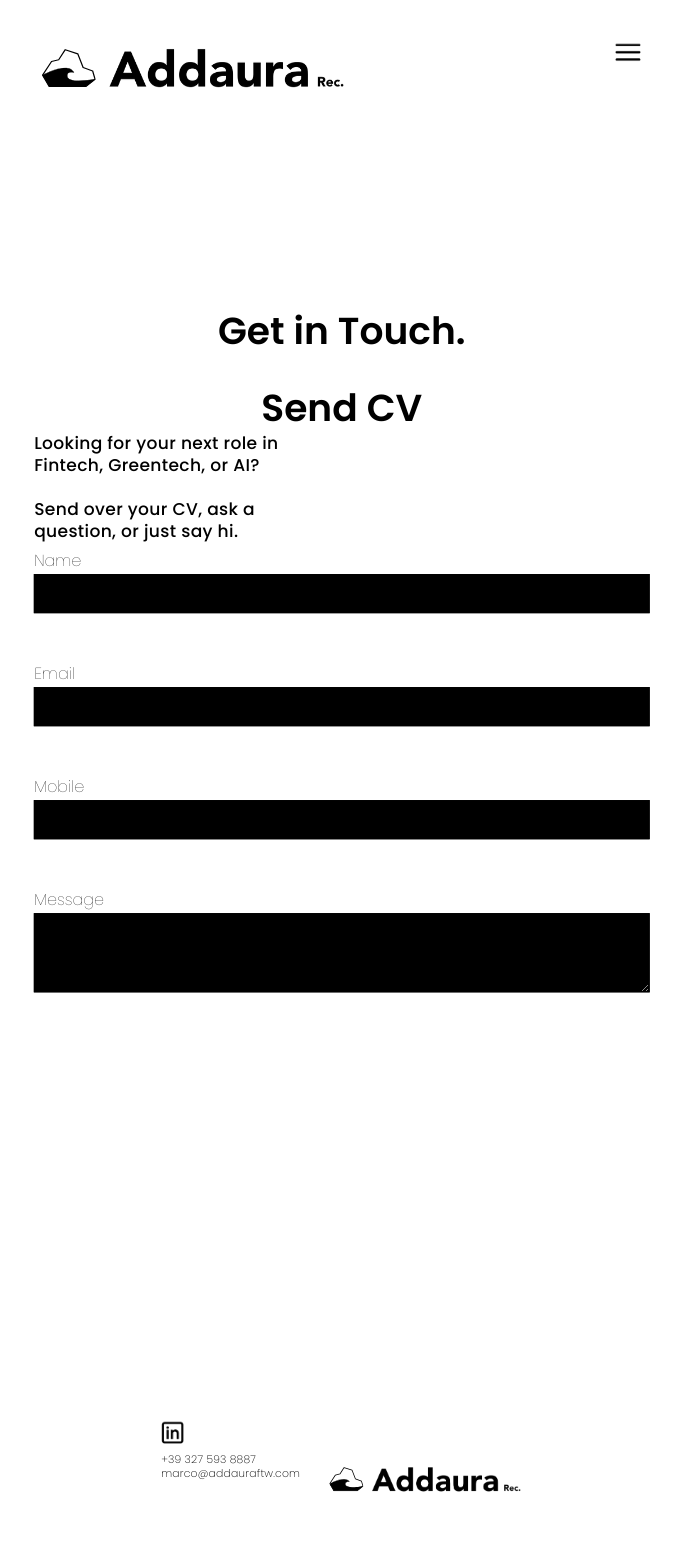
Repository: UnatPannu/Addaura-Trial
Page: public/send-cv.html
The author's editor kept a copy of each file at every save. The page is drawn from the files as they stood at one save, then again after the next save.
The browser window is 768 px wide. The pictures show the whole page, at 89% of full size.

Above is the page before, as saved 2025-09-16 01:15:35.

After the next save:
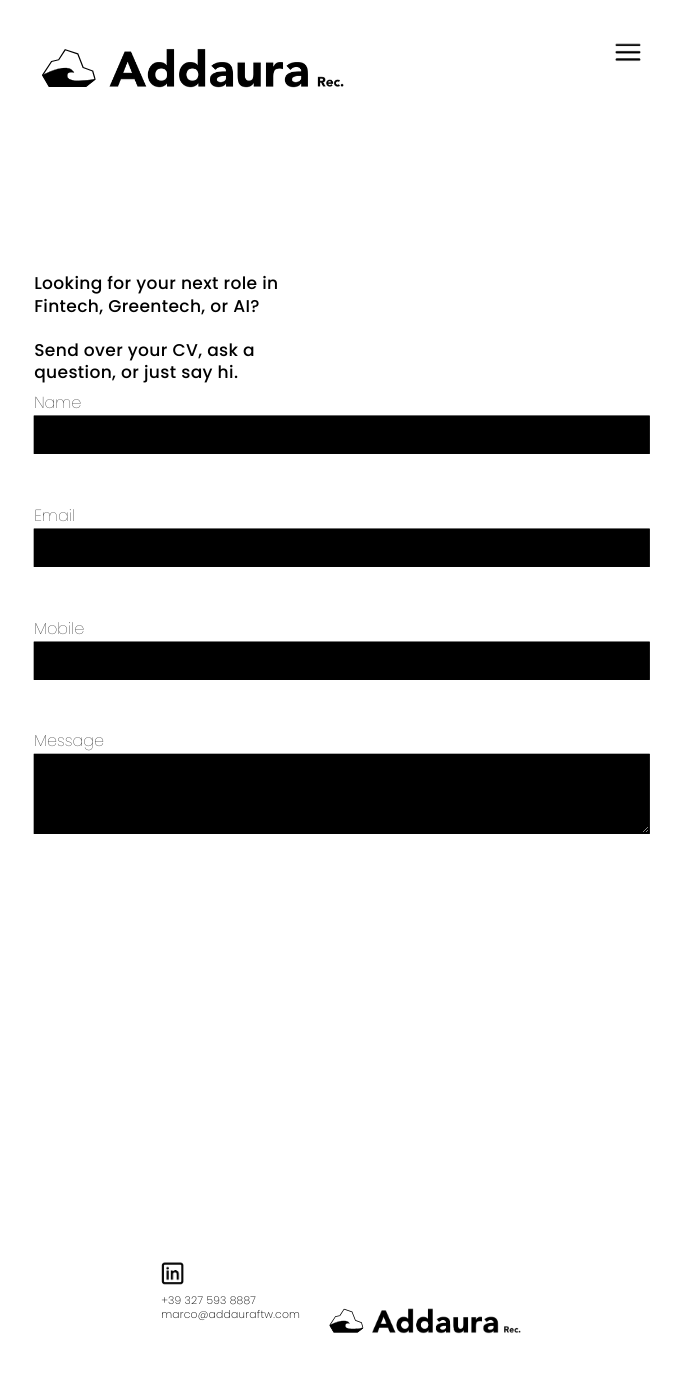
Saved 30 s later.
--- a/public/styles/send-cv.css
+++ b/public/styles/send-cv.css
@@ -71,7 +71,9 @@
       display:block;
       text-align: center;
     }
-
+.heading h1{
+      display:none;
+    }
   .cv-container{
     flex-direction:column;
     width:90%;

After the 4 saves that followed:
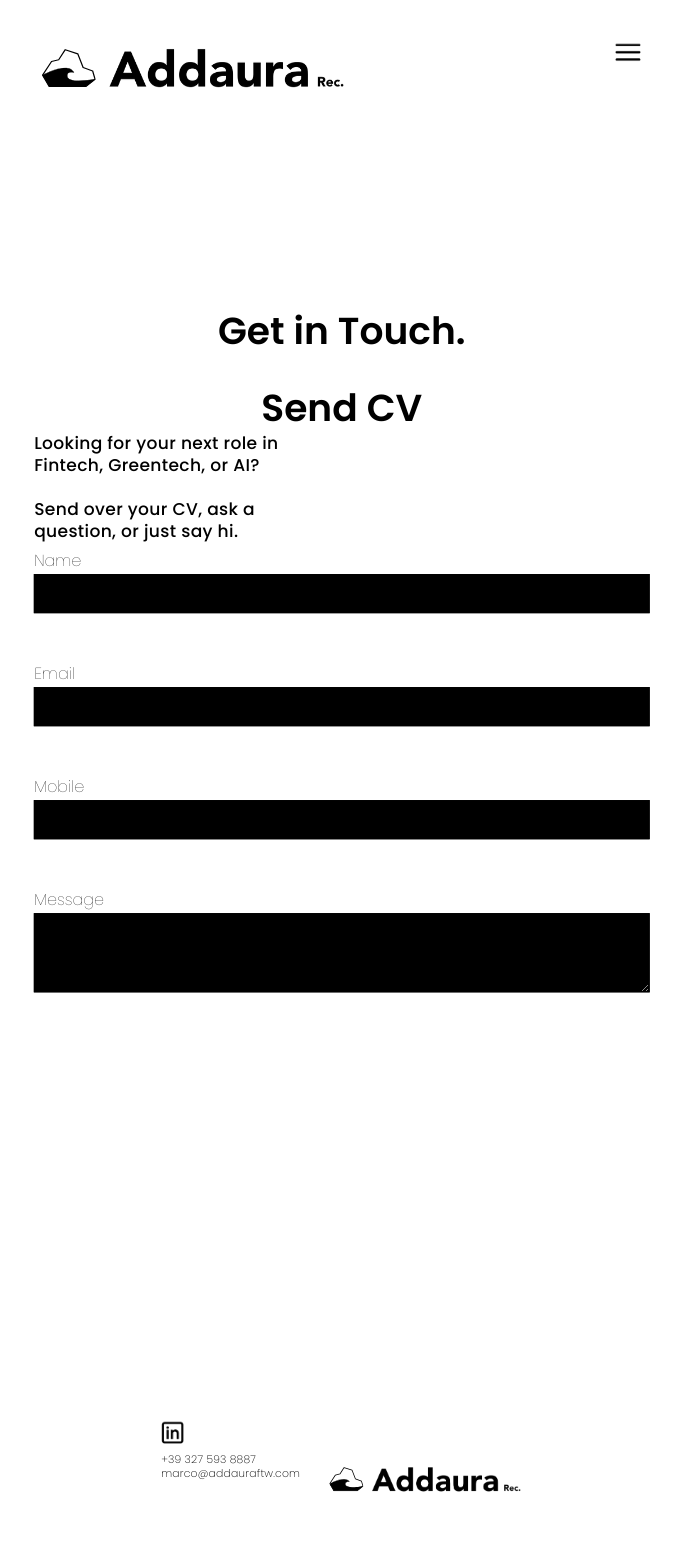
The 4 saves are shown as one change because 1 left the picture as it was and some came seconds apart.
The last was saved 29 s later.
--- a/public/styles/send-cv.css
+++ b/public/styles/send-cv.css
@@ -67,12 +67,11 @@
 }
 /*Mobile Only*/
 @media(max-width:768px){
-.mobile-heading{
+
+
+  .mobile-heading{
       display:block;
       text-align: center;
-    }
-.heading h1{
-      display:none;
     }
   .cv-container{
     flex-direction:column;
